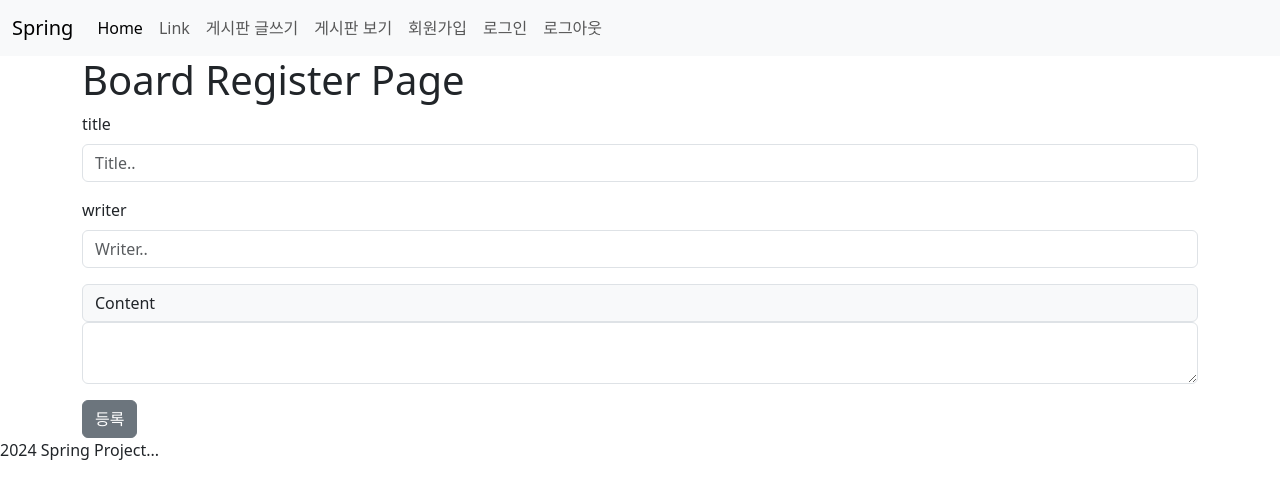
Repository: gajami-kim/240430_Spring_Study
Page: http://localhost/spring_study/WEB-INF/views/board/register.jsp
The author's editor kept a copy of each file at every save. The page is drawn from the files as they stood at one save, then again after the next save.
The browser window is 1280 px wide. The pictures show the whole page.
The page is served by Tomcat 9. Nobody is signed in. The template is opened directly, without the code that normally fills it, so the values that code supplies are empty.

Above is the page before, as saved 2024-04-24 01:12:19.

After the next save:
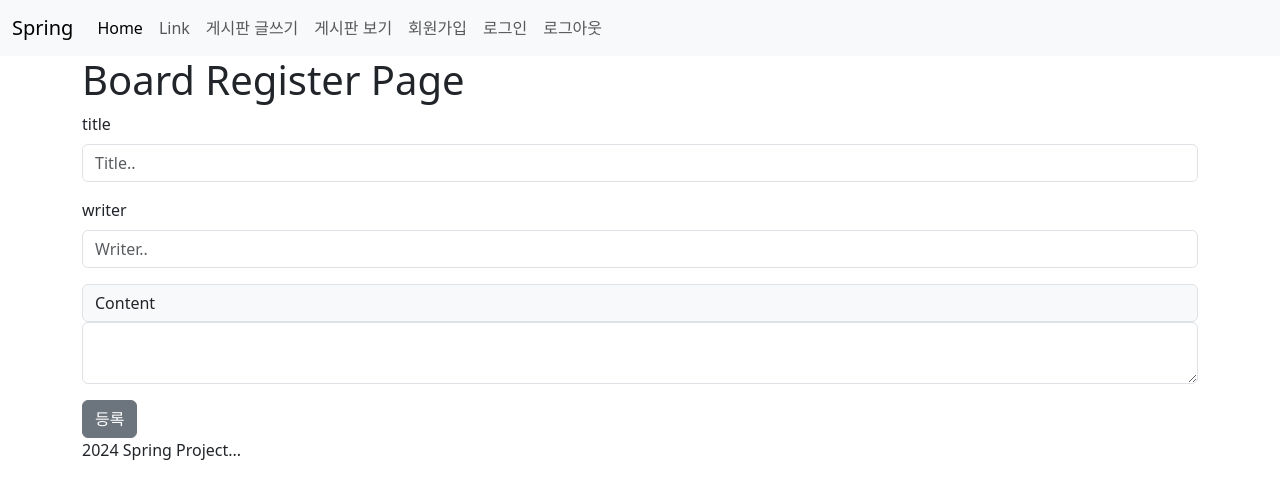
Saved 25 s later.
--- a/spring_study/src/main/webapp/WEB-INF/views/layout/footer.jsp
+++ b/spring_study/src/main/webapp/WEB-INF/views/layout/footer.jsp
@@ -1,7 +1,7 @@
 <%@ page language="java" contentType="text/html; charset=UTF-8"
     pageEncoding="UTF-8"%>
 
-<div>
+<div class="container-sm">
 	2024 Spring Project...
 </div>
 
